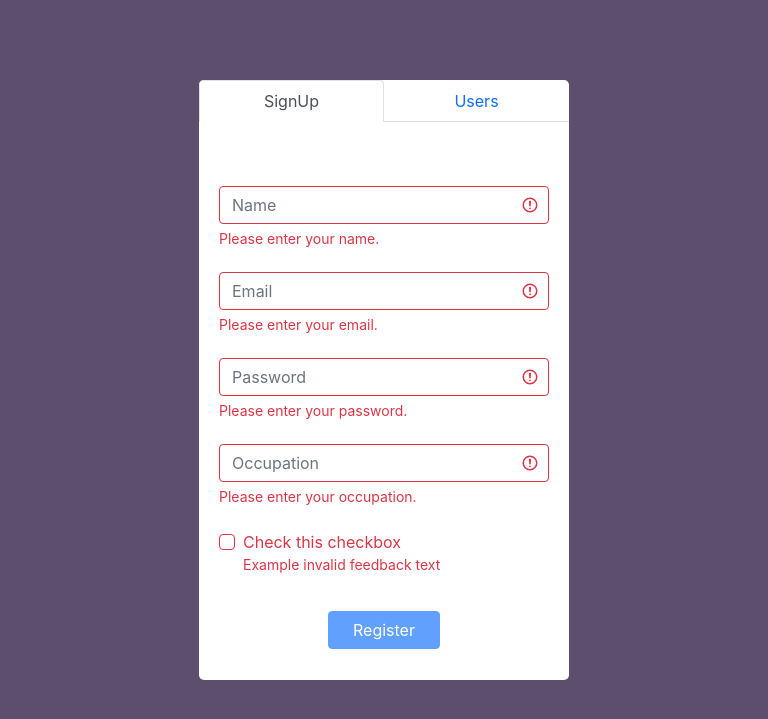
Repository: asadalibest1/SignUp-from
Page: /
The author's editor kept a copy of each file at every save. The page is drawn from the files as they stood at one save, then again after the next save.
The browser window is 768 px wide. The pictures show the whole page.
The project was rebuilt for these pictures with package versions that can differ from the ones it lists, and the page was loaded fresh each time.

Above is the page before, as saved 2021-02-07 22:07:08.

### public/index.html
<!DOCTYPE html>
<html lang="en">
  <head>
    <meta charset="utf-8" />
    <link rel="icon" href="%PUBLIC_URL%/favicon.png" />
    <meta name="viewport" content="width=device-width, initial-scale=1" />
    <meta name="theme-color" content="#000000" />
    <meta
      name="description"
      content="Web site created using create-react-app"
    />
    <link rel="apple-touch-icon" href="%PUBLIC_URL%/logo192.png" />
    <!--
      manifest.json provides metadata used when your web app is installed on a
      user's mobile device or desktop. See https://developers.google.com/web/fundamentals/web-app-manifest/
    -->
    <link rel="manifest" href="%PUBLIC_URL%/manifest.json" />
    <!--
      Notice the use of %PUBLIC_URL% in the tags above.
      It will be replaced with the URL of the `public` folder during the build.
      Only files inside the `public` folder can be referenced from the HTML.

      Unlike "/favicon.ico" or "favicon.ico", "%PUBLIC_URL%/favicon.ico" will
      work correctly both with client-side routing and a non-root public URL.
      Learn how to configure a non-root public URL by running `npm run build`.
    -->
    <!-- Bootstrap -->
    <link href="https://cdn.jsdelivr.net/npm/bootstrap@5.0.0-beta1/dist/css/bootstrap.min.css" rel="stylesheet" integrity="sha384-giJF6kkoqNQ00vy+HMDP7azOuL0xtbfIcaT9wjKHr8RbDVddVHyTfAAsrekwKmP1" crossorigin="anonymous">
    <title>Sign Up</title>
  </head>
  <body>
    <noscript>You need to enable JavaScript to run this app.</noscript>
    <div id="root"></div>
    <!--
      This HTML file is a template.
      If you open it directly in the browser, you will see an empty page.

      You can add webfonts, meta tags, or analytics to this file.
      The build step will place the bundled scripts into the <body> tag.

      To begin the development, run `npm start` or `yarn start`.
      To create a production bundle, use `npm run build` or `yarn build`.
    -->
    <script src="https://cdn.jsdelivr.net/npm/bootstrap@5.0.0-beta1/dist/js/bootstrap.bundle.min.js" integrity="sha384-ygbV9kiqUc6oa4msXn9868pTtWMgiQaeYH7/t7LECLbyPA2x65Kgf80OJFdroafW" crossorigin="anonymous"></script>
  </body>
</html>

### src/index.css
body {
  margin: 0;
  font-family: -apple-system, BlinkMacSystemFont, 'Segoe UI', 'Roboto', 'Oxygen',
    'Ubuntu', 'Cantarell', 'Fira Sans', 'Droid Sans', 'Helvetica Neue',
    sans-serif;
  -webkit-font-smoothing: antialiased;
  -moz-osx-font-smoothing: grayscale;
  background-color: #5D4E6D;
}

code {
  font-family: source-code-pro, Menlo, Monaco, Consolas, 'Courier New',
    monospace;
}

### src/App.js
import React from 'react'
import App1 from "./components/App1/App1"

export default function App() {
  return (
    <div>
      <App1 />
    </div>
  )
}

### src/components/App1/App1.js
import React from 'react'
import Tabs from '../Tabs/Tabs'

export default function App1() {
    return (
        <div>
            <Tabs />
        </div>
    )
}

### src/features/counter/counterSlice.js
import { createSlice } from '@reduxjs/toolkit';

export const counterSlice = createSlice({
  name: 'counter',
  initialState: {
    value: 0,
  },
  reducers: {
    increment: state => {
      // Redux Toolkit allows us to write "mutating" logic in reducers. It
      // doesn't actually mutate the state because it uses the Immer library,
      // which detects changes to a "draft state" and produces a brand new
      // immutable state based off those changes
      state.value += 1;
    },
    decrement: state => {
      state.value -= 1;
    },
    incrementByAmount: (state, action) => {
      state.value += action.payload;
    },
  },
});

export const { increment, decrement, incrementByAmount } = counterSlice.actions;

// The function below is called a thunk and allows us to perform async logic. It
// can be dispatched like a regular action: `dispatch(incrementAsync(10))`. This
// will call the thunk with the `dispatch` function as the first argument. Async
// code can then be executed and other actions can be dispatched
export const incrementAsync = amount => dispatch => {
  setTimeout(() => {
    dispatch(incrementByAmount(amount));
  }, 1000);
};

// The function below is called a selector and allows us to select a value from
// the state. Selectors can also be defined inline where they're used instead of
// in the slice file. For example: `useSelector((state) => state.counter.value)`
export const selectCount = state => state.counter.value;

export default counterSlice.reducer;

### src/components/Tabs/Tabs.js
import React from 'react'
import SignUp from "../SignUp/SignUp"
import Users from "../Users/Users"
import "./Tabs.css"

export default function Tabs() {
    return (
        <div className="tabs-main">
            <div className="tabs">

                <ul className="nav nav-tabs" id="myTab" role="tablist">
                    <li className="nav-item text-center w-50" role="presentation">
                        <a className="nav-link active" id="signUp-tab" data-bs-toggle="tab" href="#signUp" role="tab" aria-controls="signUp" aria-selected="true">SignUp</a>
                    </li>
                    <li className="nav-item text-center w-50" role="presentation">
                        <a className="nav-link" id="users-tab" data-bs-toggle="tab" href="#users" role="tab" aria-controls="users" aria-selected="false">Users</a>
                    </li>
                </ul>
                <div className="tab-content" id="myTabContent">
                    <div className="tab-pane fade show active" id="signUp" role="tabpanel" aria-labelledby="signUp-tab">
                        <SignUp />
                    </div>
                    <div className="tab-pane fade" id="users" role="tabpanel" aria-labelledby="users-tab">

                        <Users />
                    </div>
                </div>


            </div>
        </div>
    )
}

### src/components/SignUp/SignUp.js
import React from 'react'
import "./SignUp.css"

export default function SignUp() {
    return (
        <div className="SignUp">

<form className="was-validated">

  <div className="mb-3">
    <input type="name" className="form-control" id="validationTextarea" placeholder="Name" required />
    <div className="invalid-feedback">
      Please enter your name.
    </div>
  </div>

  <div className="mb-3">
    <input type="email" className="form-control" id="validationTextarea" placeholder="Email" required />
    <div className="invalid-feedback">
      Please enter your email.
    </div>
  </div>

  <div className="mb-3">
    <input type="password" className="form-control" id="validationTextarea" placeholder="Password" required />
    <div className="invalid-feedback">
      Please enter your password.
    </div>
  </div>

  <div className="mb-3">
    <input type="occupation" className="form-control" id="validationTextarea" placeholder="Occupation" required />
    <div className="invalid-feedback">
      Please enter your occupation.
    </div>
  </div>


  <div className="radioButton form-check mb-3">
    <input type="checkbox" className="form-check-input" id="validationFormCheck1" required />
    <label className="form-check-label" for="validationFormCheck1">Check this checkbox</label>
    <div className="invalid-feedback">Example invalid feedback text</div>
  </div>


  <div className="mb-3 text-center">
    <button className="btn btn-primary px-4" type="submit" disabled >Register</button>
  </div>
</form>
        </div>
    )
}

### src/components/Users/Users.js
import React from 'react'
import "./Users.css"

export default function Users() {
    return (
        <div className="users">

<div  className="tabpanel" role="tabpanel">
    <div className="panel-coloumn mt-3">
  <div className="list-group" id="myList" role="tablist">

    <a className="list-group-item list-group-item-action active" data-bs-toggle="list" href="#home" role="tab">Home</a>

  </div>
  </div>

  <div className="tab-content">

    <div className="tab-pane active" id="home" role="tabpanel">
    <h3>Name</h3>
    <h4>email</h4>
    <h4>password</h4>
    <h4>occupation</h4>

    </div>

  </div>
</div>
        </div>
    )
}

### src/components/Tabs/Tabs.css
.tabs{
    width: 370px;
    height: 75vh;
    background-color: white;
    margin: auto auto;
    margin-top: 10vh;
    border-radius: 5px;
    overflow: hidden;
}

### src/components/SignUp/SignUp.css
.SignUp form{
    margin: 20px;
}

.SignUp form > div{
    /* border: 1px solid black; */
    height: 60px;
}

.SignUp form .radioButton{
    /* border: 1px solid black; */
    height: 45px;
}
.radioButton div{
    /* border: 1px solid black; */
    margin: 0;
}

@media (max-width: 800px) {
    .SignUp form{
        margin-top: 8vh;
    }
    .SignUp form > div{
        height: 70px;
    }
    .SignUp form button{
        margin-top: 20px;
        padding: auto 20px;
    border: 1px solid black;

    }

}

### src/components/Users/Users.css
.users .tabpanel{
    display: flex;
    flex-direction: row;
    overflow: auto;
}

.users .tab-content{
    height: fit-content;
    margin-top: 20px;
    margin-left: 20px;
}

.panel-coloumn{
    border-right: 1px solid rgb(240, 223, 223);
    height: 500px;
    width: 120px;
}

Loaded but not shown: src/index.js (common file); src/app/store.js (common file); src/serviceWorker.js (common file)

After the next save:
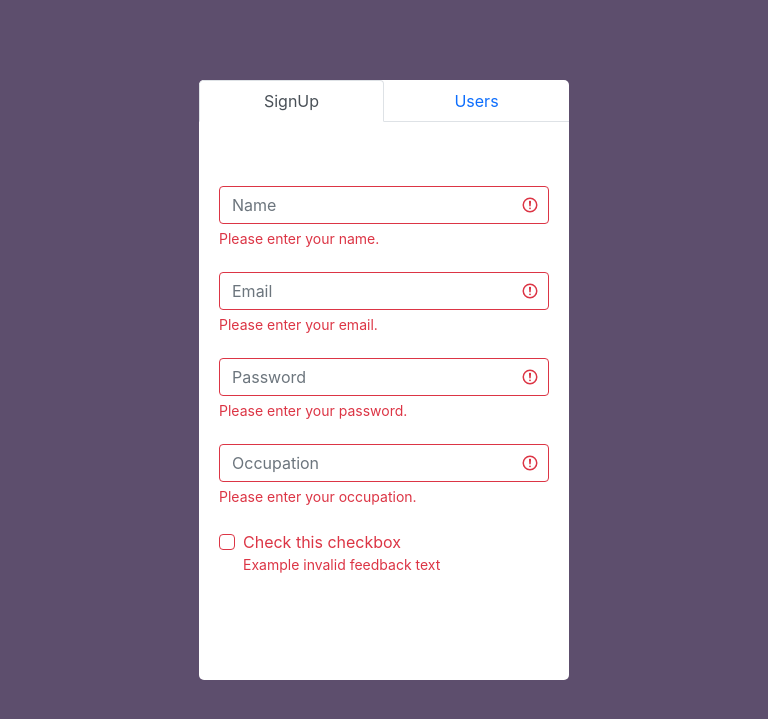
Saved 25 s later.
--- a/src/components/SignUp/SignUp.css
+++ b/src/components/SignUp/SignUp.css
@@ -24,6 +24,7 @@
         height: 70px;
     }
     .SignUp form button{
+        display: none;
         margin-top: 20px;
         padding: auto 20px;
     border: 1px solid black;

After the save that followed:
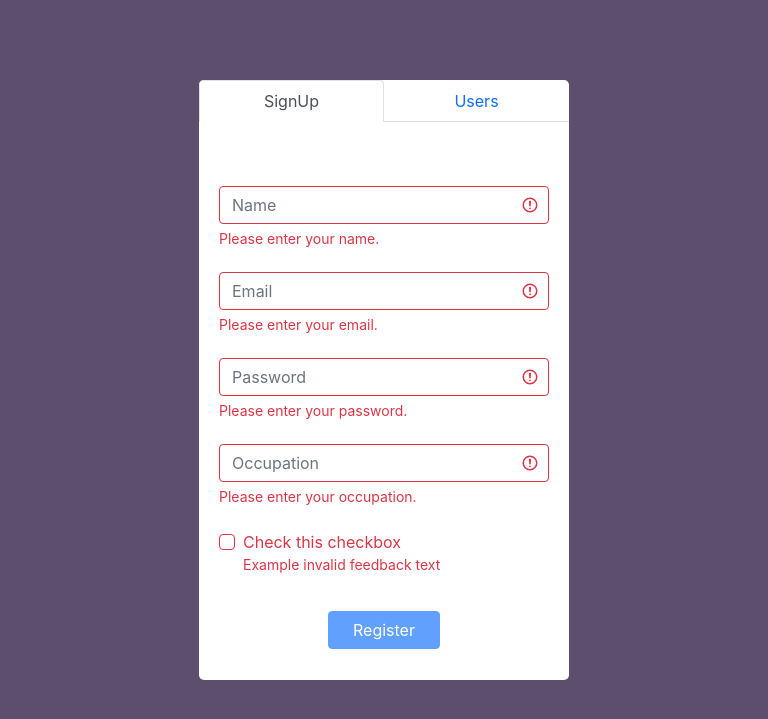
Saved 15 s later.
--- a/src/components/SignUp/SignUp.css
+++ b/src/components/SignUp/SignUp.css
@@ -24,11 +24,10 @@
         height: 70px;
     }
     .SignUp form button{
-        display: none;
         margin-top: 20px;
         padding: auto 20px;
-    border: 1px solid black;
 
+        background-color: black;
     }
 
 }
